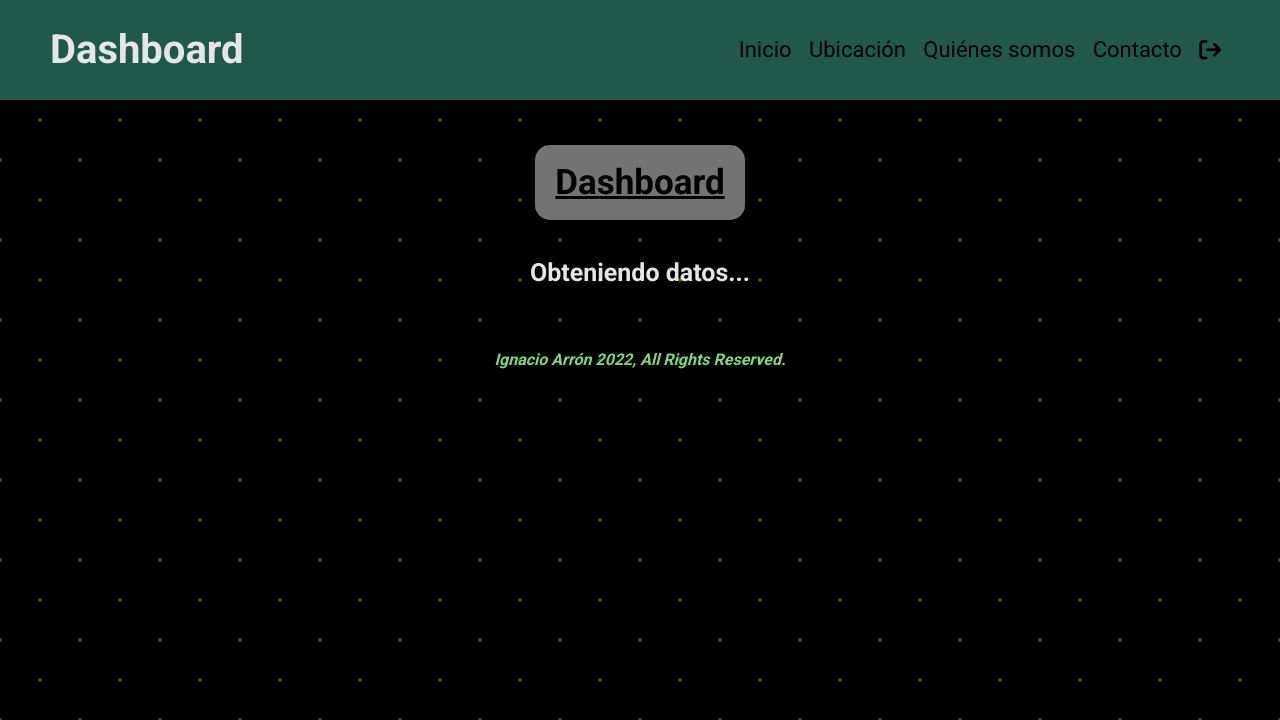
Repository: Divineridh/lppa-parcial2
Page: dashboard.html
The author's editor kept a copy of each file at every save. The page is drawn from the files as they stood at one save, then again after the next save.
The browser window is 1280 px wide. The pictures show the whole page.
The page's requests for data from a server got no answer. Some web libraries are served in a nearby version.

Above is the page before, as saved 2022-07-04 20:58:22.

After the next save:
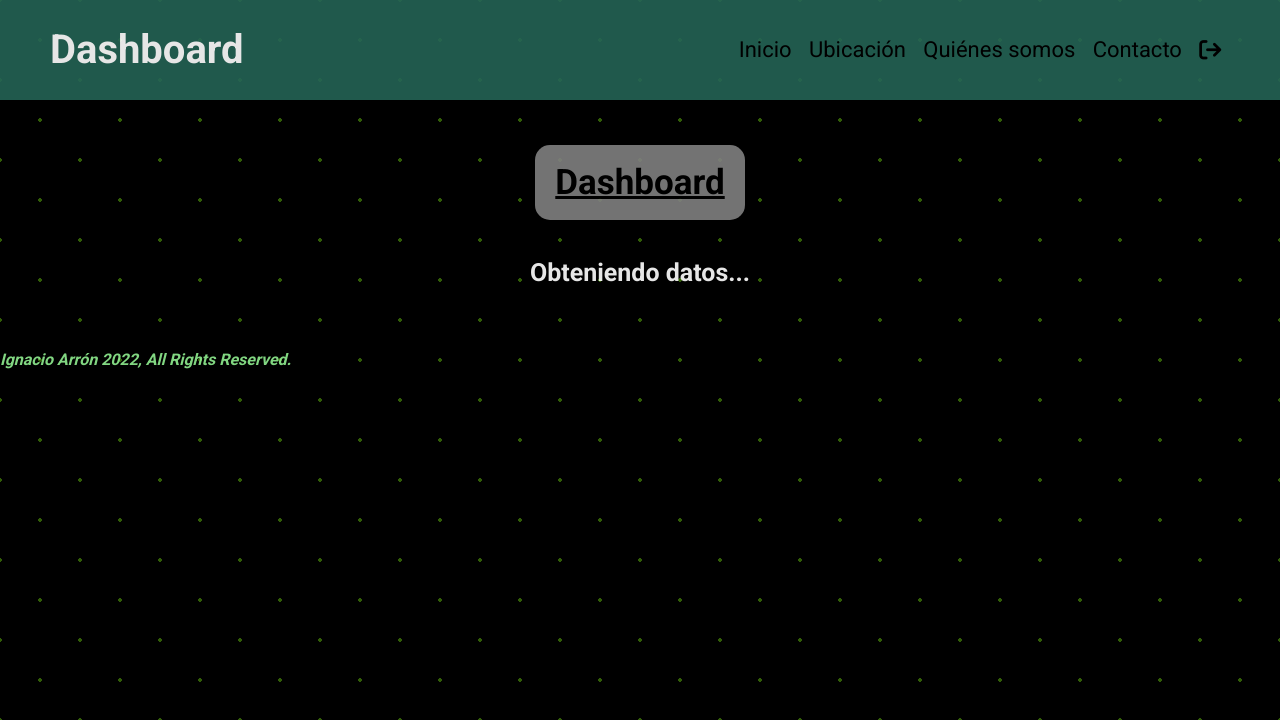
Saved 93 s later.
--- a/styles/style.css
+++ b/styles/style.css
@@ -65,8 +65,8 @@ header nav a:hover, i:hover{
 footer{
     width: 100%;
     height: 50px;
-    display:flex;
-    justify-content: center;
+    display: flex;
+    justify-content: left;
     align-items: center;
     margin-top: 30px;
     margin-bottom: 15px;
